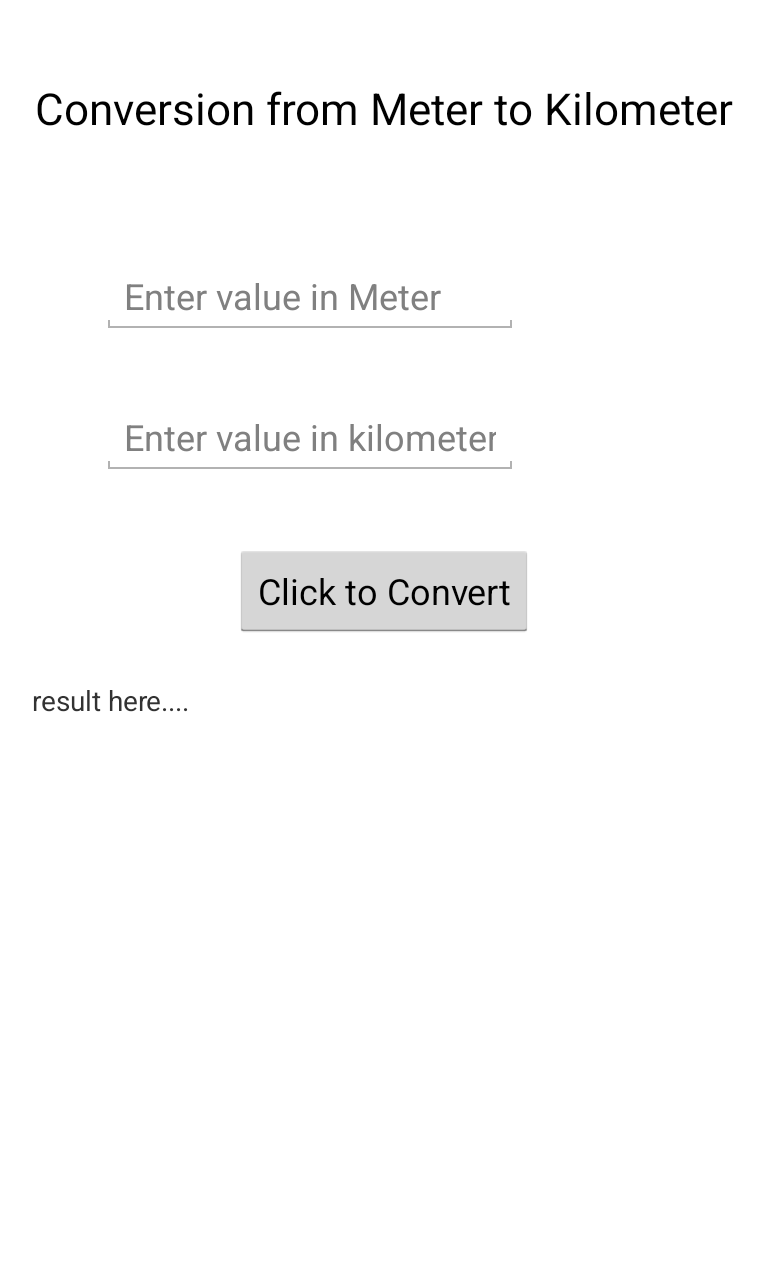
Repository: Shruthi06/designed-droid
Layout: Mock_converter/res/layout/activity_main.xml
These files come from the project's save history. The layout is drawn as it stood at one moment and after the next save; the edit follows.
It is drawn on a 768 x 1280 px phone screen (xhdpi) without system bars, with theme AppTheme; the app's code is not run.

Above is the layout before, as saved 2016-02-08 09:08:46.

### Mock_converter/res/layout/activity_main.xml
<RelativeLayout xmlns:android="http://schemas.android.com/apk/res/android"
    xmlns:tools="http://schemas.android.com/tools"
    android:layout_width="match_parent"
    android:layout_height="match_parent"
    android:paddingBottom="@dimen/activity_vertical_margin"
    android:paddingLeft="@dimen/activity_horizontal_margin"
    android:paddingRight="@dimen/activity_horizontal_margin"
    android:paddingTop="@dimen/activity_vertical_margin"
    tools:context=".MainActivity" >

    <EditText
        android:id="@+id/edit_meter"
        android:layout_width="wrap_content"
        android:layout_height="wrap_content"
        android:layout_alignParentLeft="true"
        android:layout_below="@+id/textView1"
        android:layout_marginLeft="34dp"
        android:layout_marginTop="60dp"
        android:inputType="numberDecimal"
        android:ems="10"
        android:hint="Enter value in Meter" />

    <EditText
        android:id="@+id/edit_km"
        android:layout_width="wrap_content"
        android:layout_height="wrap_content"
        android:layout_alignLeft="@+id/edit_meter"
        android:layout_below="@+id/edit_meter"
        android:layout_marginTop="31dp"
        android:ems="10"
        android:inputType="numberDecimal"
        android:hint="Enter value in kilometer" />

    <Button
        android:id="@+id/buttonconvert"
        android:layout_width="wrap_content"
        android:layout_height="wrap_content"
        android:layout_below="@+id/edit_km"
        android:layout_centerHorizontal="true"
        android:layout_marginTop="33dp"
        android:text="Click to Convert" />

    <TextView
        android:id="@+id/view_result"
        android:layout_width="350dp"
        android:layout_height="40dp"
        android:layout_alignRight="@+id/edit_km"
        android:layout_below="@+id/buttonconvert"
        android:layout_marginTop="21dp"
        android:text="result here...." />

    <TextView
        android:id="@+id/textView1"
        android:layout_width="wrap_content"
        android:layout_height="wrap_content"
        android:layout_alignParentTop="true"
        android:layout_centerHorizontal="true"
        android:layout_marginTop="23dp"
        android:text="Conversion from Meter to Kilometer"
        android:textAppearance="?android:attr/textAppearanceLarge" />

</RelativeLayout>

Loaded but not shown: Mock_converter/res/values/styles.xml (common file); Mock_converter/res/values-v11/styles.xml (common file); Mock_converter/res/values-v14/styles.xml (common file); Mock_converter/res/values/dimens.xml (common file)

After the next save:
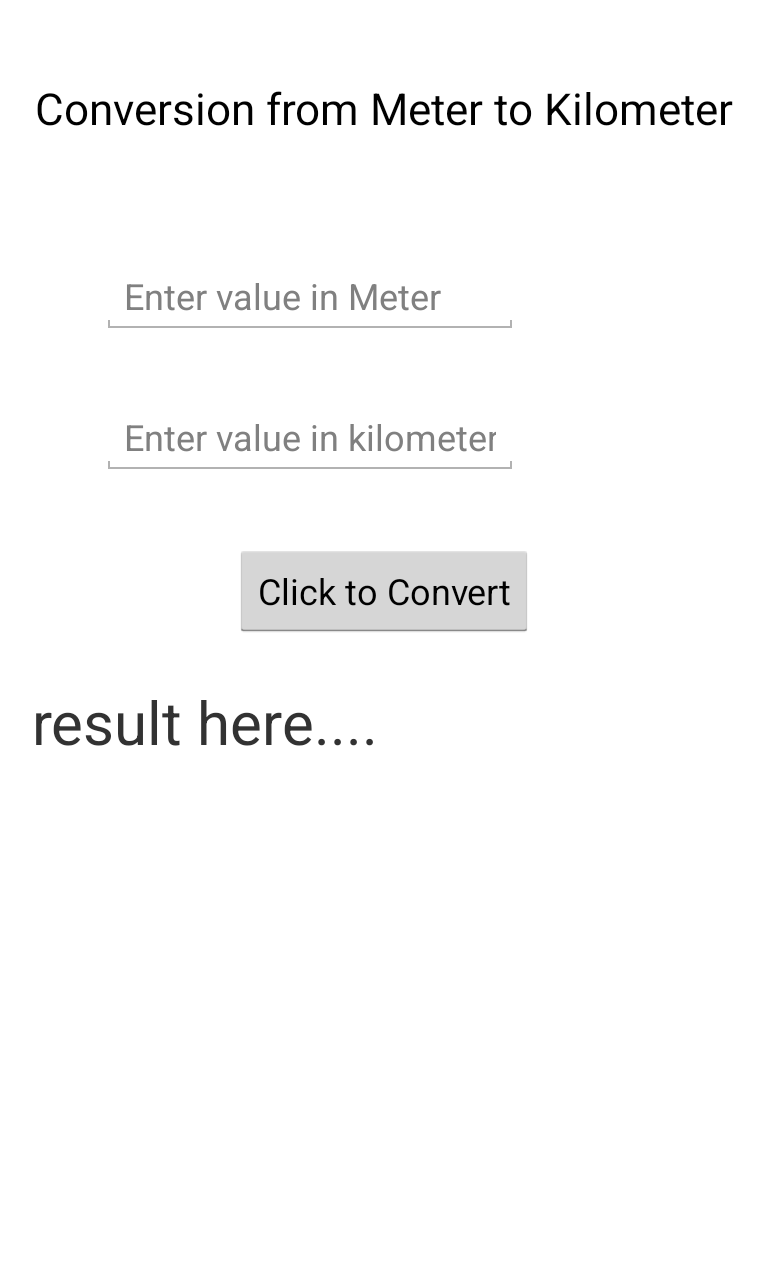
Saved 26 s later.
--- a/Mock_converter/res/layout/activity_main.xml
+++ b/Mock_converter/res/layout/activity_main.xml
@@ -47,6 +47,7 @@
         android:layout_alignRight="@+id/edit_km"
         android:layout_below="@+id/buttonconvert"
         android:layout_marginTop="21dp"
+        android:textSize="30dp"
         android:text="result here...." />
 
     <TextView
